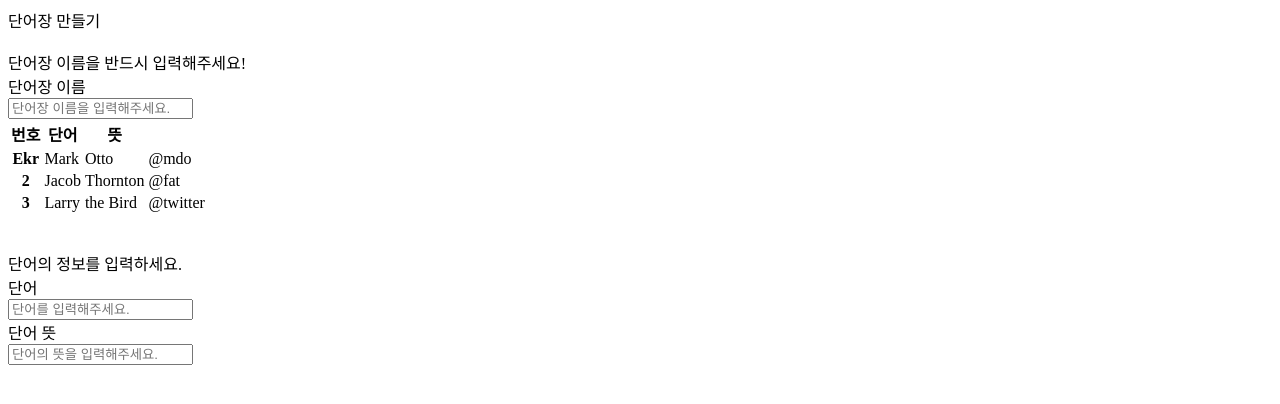
Repository: Pastelkun99/remembrance
Page: http://localhost/ProjectRemembrance/WEB-INF/views/menu_pages/11_makeWordCard.jsp
An editor plug-in stored every save of this project. The page is shown before and after the next save, followed by the edit.
The browser window is 1280 px wide. The pictures show the whole page.
The page is served by Tomcat 9. Nobody is signed in. Other server files are loaded and not shown. The template is opened directly, without the code that normally fills it, so the values that code supplies are empty.

Above is the page before, as saved 2019-08-27 13:30:18.

### ProjectRemembrance/src/main/webapp/WEB-INF/views/menu_pages/11_makeWordCard.jsp
<%@ page language="java" contentType="text/html; charset=UTF-8"
	pageEncoding="UTF-8"%>
<%@ taglib uri="http://java.sun.com/jsp/jstl/core" prefix="c"%>
<%@ taglib uri="http://www.springframework.org/tags/form" prefix="form"%>

<div class="container">
	<div class="alert alert-success" role="alert">단어장 만들기</div>
	<br /> <label for="basic-url">단어장 이름을 반드시 입력해주세요!</label>
	<div class="input-group mb-3">
		<div class="input-group-prepend">
			<span class="input-group-text" id="basic-addon1">단어장 이름</span>
		</div>
		<input type="text" class="form-control" id="q_name"
			placeholder="단어장 이름을 입력해주세요." required="required"> </br>
	</div>
	<table class="table">
		<thead class="thead-light">
			<tr>
				<th scope="col">번호</th>
				<th scope="col">단어</th>
				<th scope="col">뜻</th>
			</tr>
		</thead>
		<tbody>
			<tr>
				<th scope="row">Ekr</th>
				<td>Mark</td>
				<td>Otto</td>
				<td>@mdo</td>
			</tr>
			<tr>
				<th scope="row">2</th>
				<td>Jacob</td>
				<td>Thornton</td>
				<td>@fat</td>
			</tr>
			<tr>
				<th scope="row">3</th>
				<td>Larry</td>
				<td>the Bird</td>
				<td>@twitter</td>
			</tr>
		</tbody>
	</table>

</div>



</br>
</br>
<div class="container" align="left">
	<label for="basic-url"> 단어의 정보를 입력하세요.</label>
	<div class="row">
		<div class="col">
			<div class="input-group mb-3">
				<div class="input-group-prepend">
					<span class="input-group-text" id="basic-addon1">단어</span>
				</div>
				<input type="text" class="form-control" id="q_front"
					placeholder="단어를 입력해주세요." required="required">
			</div>

		</div>
		<div class="col">
			<div class="input-group mb-3">
				<div class="input-group-prepend">
					<span class="input-group-text" id="basic-addon3">단어 뜻</span>
				</div>
				<input type="text" class="form-control" id="q_back"
					placeholder="단어의 뜻을 입력해주세요." required="required">
			</div>

		</div>
	</div>
</div>

After the next save:
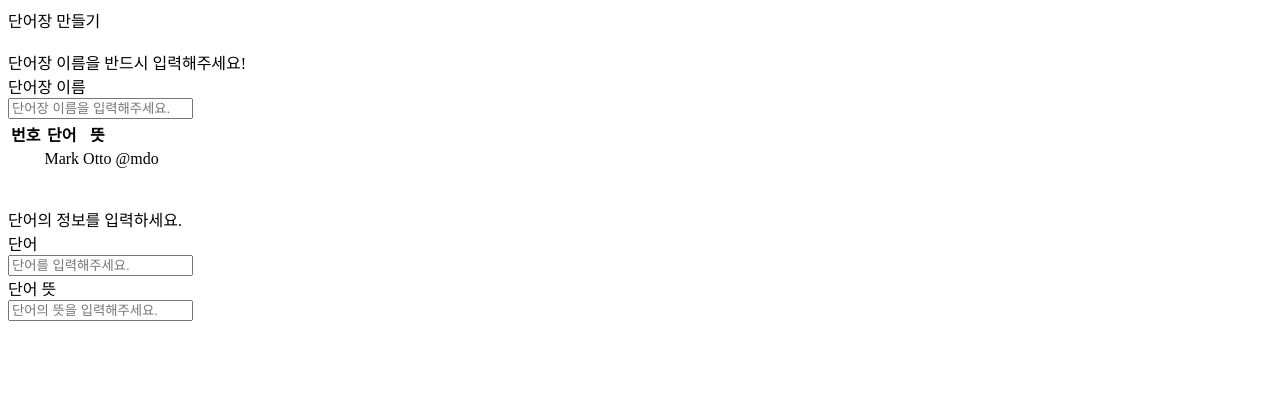
Saved 25 s later.
--- a/ProjectRemembrance/src/main/webapp/WEB-INF/views/menu_pages/11_makeWordCard.jsp
+++ b/ProjectRemembrance/src/main/webapp/WEB-INF/views/menu_pages/11_makeWordCard.jsp
@@ -23,22 +23,10 @@
 		</thead>
 		<tbody>
 			<tr>
-				<th scope="row">Ekr</th>
+				<th scope="row"></th>
 				<td>Mark</td>
 				<td>Otto</td>
 				<td>@mdo</td>
-			</tr>
-			<tr>
-				<th scope="row">2</th>
-				<td>Jacob</td>
-				<td>Thornton</td>
-				<td>@fat</td>
-			</tr>
-			<tr>
-				<th scope="row">3</th>
-				<td>Larry</td>
-				<td>the Bird</td>
-				<td>@twitter</td>
 			</tr>
 		</tbody>
 	</table>

After the save that followed:
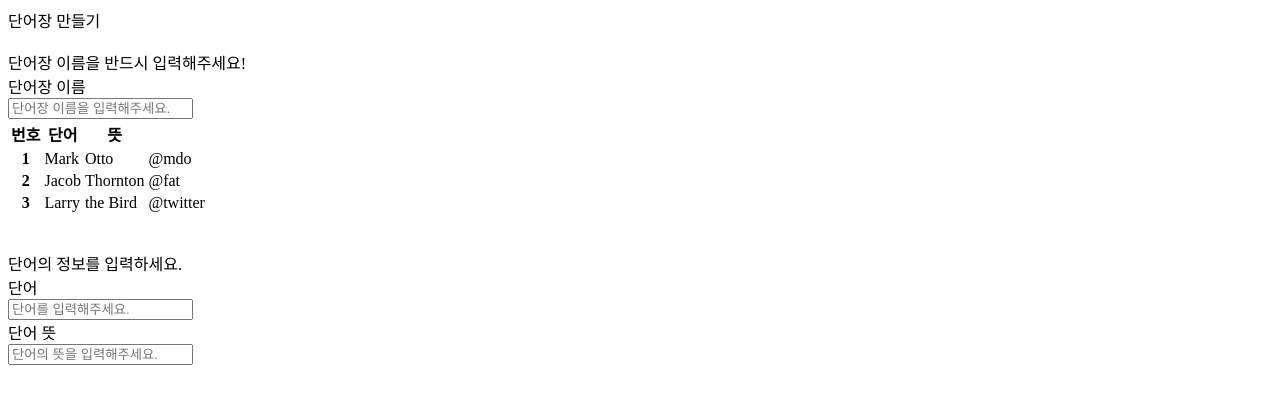
Saved 14 s later.
--- a/ProjectRemembrance/src/main/webapp/WEB-INF/views/menu_pages/11_makeWordCard.jsp
+++ b/ProjectRemembrance/src/main/webapp/WEB-INF/views/menu_pages/11_makeWordCard.jsp
@@ -23,10 +23,22 @@
 		</thead>
 		<tbody>
 			<tr>
-				<th scope="row"></th>
+				<th scope="row">1</th>
 				<td>Mark</td>
 				<td>Otto</td>
 				<td>@mdo</td>
+			</tr>
+			<tr>
+				<th scope="row">2</th>
+				<td>Jacob</td>
+				<td>Thornton</td>
+				<td>@fat</td>
+			</tr>
+			<tr>
+				<th scope="row">3</th>
+				<td>Larry</td>
+				<td>the Bird</td>
+				<td>@twitter</td>
 			</tr>
 		</tbody>
 	</table>
